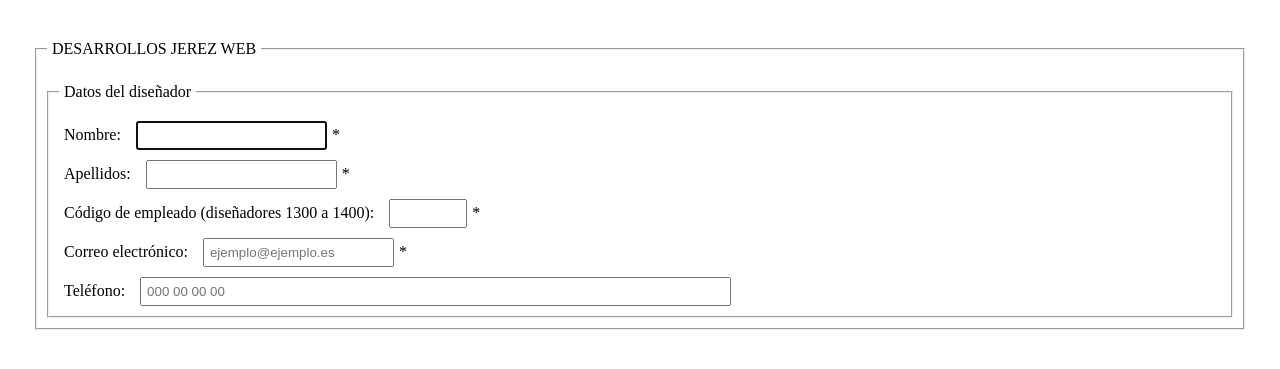
Repository: iSaan86/EV_Practica_FormularioCSS
Page: index.html
An editor plug-in stored every save of this project. The page is shown before and after the next save, followed by the edit.
The browser window is 1280 px wide. The pictures show the whole page.

Above is the page before, as saved 2024-01-11 16:40:48.

After the next save:
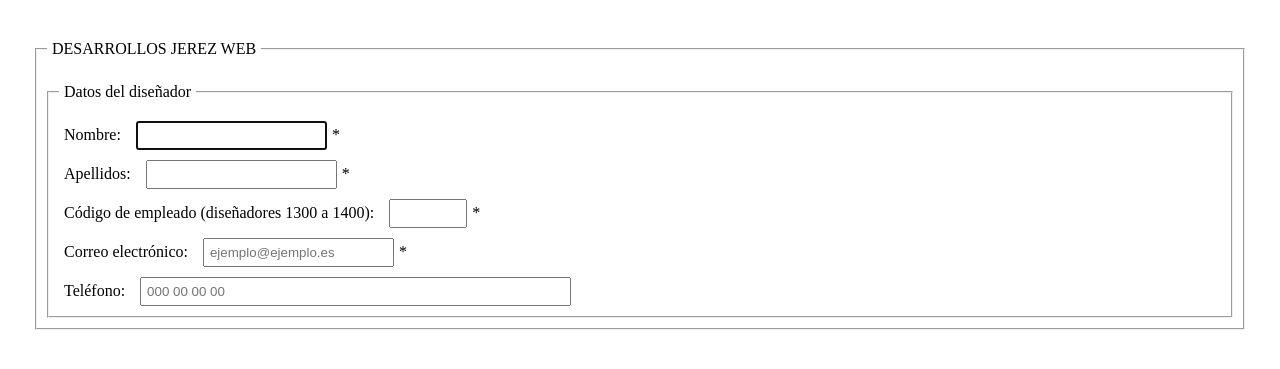
Saved 26 s later.
--- a/index.html
+++ b/index.html
@@ -23,7 +23,7 @@
                 <label for="apellidos">Apellidos:</label><input type="text" id="apellidos" name="apellidos" alt="indique sus apellidos" required minlength="2" maxlength="50">*<br>
                 <label for="codigo">Código de empleado (diseñadores 1300 a 1400):</label><input type="number" id="codigo" name="codigo" alt="indique su código de empleado" required min="1300" max="1400">*<br>
                 <label for="email">Correo electrónico:</label><input type="email" id="email" name="email" alt="indique su email" placeholder="ejemplo@ejemplo.es" required>*<br>
-                <label for="telefono">Teléfono:</label><input type="tel" id="telefono" size="70%" name="telefono"
+                <label for="telefono">Teléfono:</label><input type="tel" id="telefono" size="50%" name="telefono"
                 alt="indique su telefono" placeholder="000 00 00 00" pattern="[0-9]{3} [0-9]{2} [0-9]{2} [0-9]{2}"><br>
             </fieldset>
 
